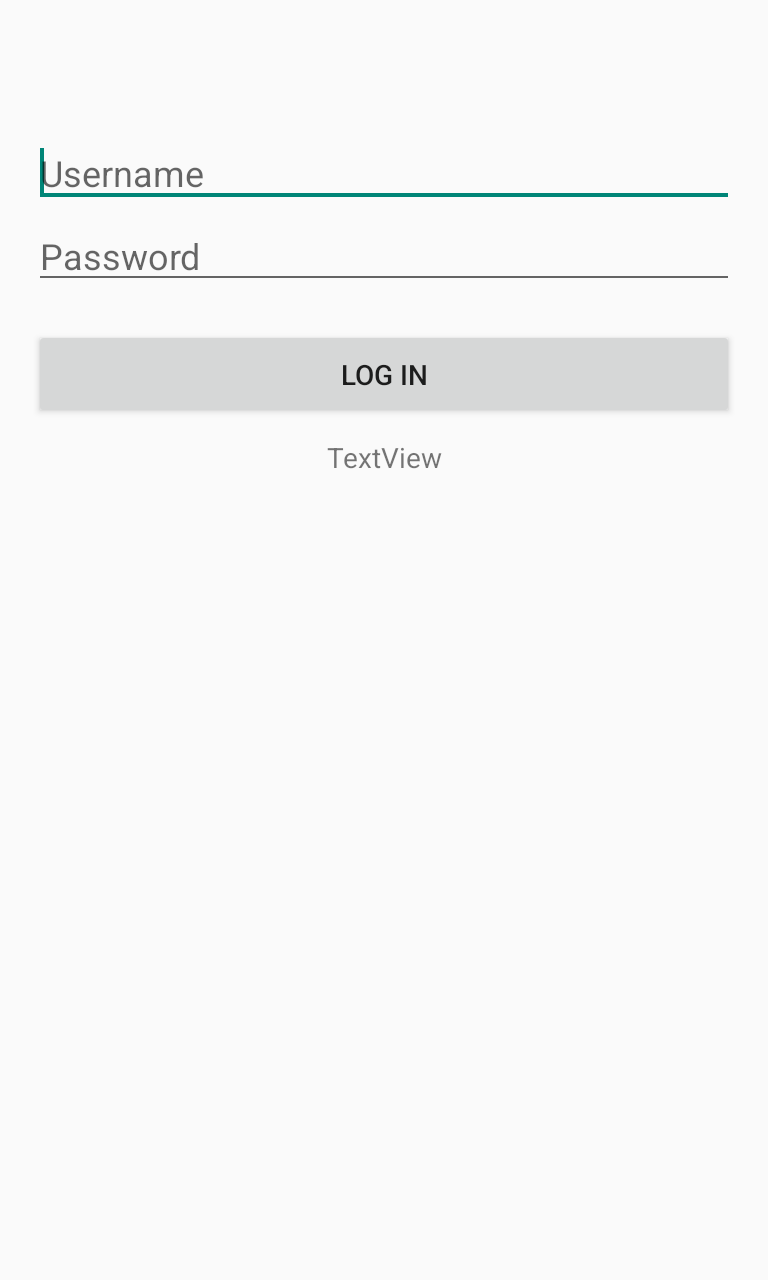
Repository: mboya/healthylife
Layout: Healthy Life/res/layout/activity_healthy_life_login.xml
An editor plug-in stored every save of this project. The layout is shown before and after the next save, followed by the edit.
It is drawn on a 768 x 1280 px phone screen (xhdpi) without system bars, with theme AppTheme; the app's code is not run.

Above is the layout before, as saved 2015-04-19 08:43:15.

### Healthy Life/res/layout/activity_healthy_life_login.xml
<RelativeLayout xmlns:android="http://schemas.android.com/apk/res/android"
    android:layout_width="fill_parent"
    android:layout_height="fill_parent" >

    <EditText
        android:id="@+id/username_et_al"
        android:layout_width="match_parent"
        android:layout_height="wrap_content"
        android:layout_alignParentTop="true"
        android:layout_centerHorizontal="true"
        android:layout_marginLeft="16dp"
        android:layout_marginRight="16dp"
        android:layout_marginTop="64dp"
        android:ems="10"
        android:hint="@string/username"
        android:singleLine="true" >

        <requestFocus />
    </EditText>

    <EditText
        android:id="@+id/password_et_al"
        android:layout_width="match_parent"
        android:layout_height="wrap_content"
        android:layout_below="@+id/username_et_al"
        android:layout_centerHorizontal="true"
        android:layout_marginLeft="16dp"
        android:layout_marginRight="16dp"
        android:ems="10"
        android:hint="@string/password"
        android:inputType="textPassword"
        android:singleLine="true" />

    <Button
        android:id="@+id/login_btn"
        android:layout_width="match_parent"
        android:layout_height="wrap_content"
        android:layout_below="@+id/password_et_al"
        android:layout_centerHorizontal="true"
        android:layout_marginLeft="16dp"
        android:layout_marginRight="16dp"
        android:layout_marginTop="16dp"
        android:text="@string/login" />

    <TextView
        android:id="@+id/error_txt_al"
        android:layout_width="match_parent"
        android:layout_height="wrap_content"
        android:layout_below="@+id/login_btn"
        android:layout_centerHorizontal="true"
        android:layout_marginLeft="16dp"
        android:layout_marginRight="16dp"
        android:layout_marginTop="8dp"
        android:gravity="center"
        android:text="TextView" />

</RelativeLayout>

### Healthy Life/res/values/strings.xml
<?xml version="1.0" encoding="utf-8"?>
<resources>

    <string name="app_name">Healthy Life</string>
    <string name="hello_world">Hello world!</string>
    <string name="action_settings">Settings</string>
    <string name="username">Username</string>
    <string name="password">Password</string>
    <string name="login">Log In</string>
    <string name="create_account">Create Account</string>

</resources>

Loaded but not shown: Healthy Life/res/values/styles.xml (common file)

After the next save:
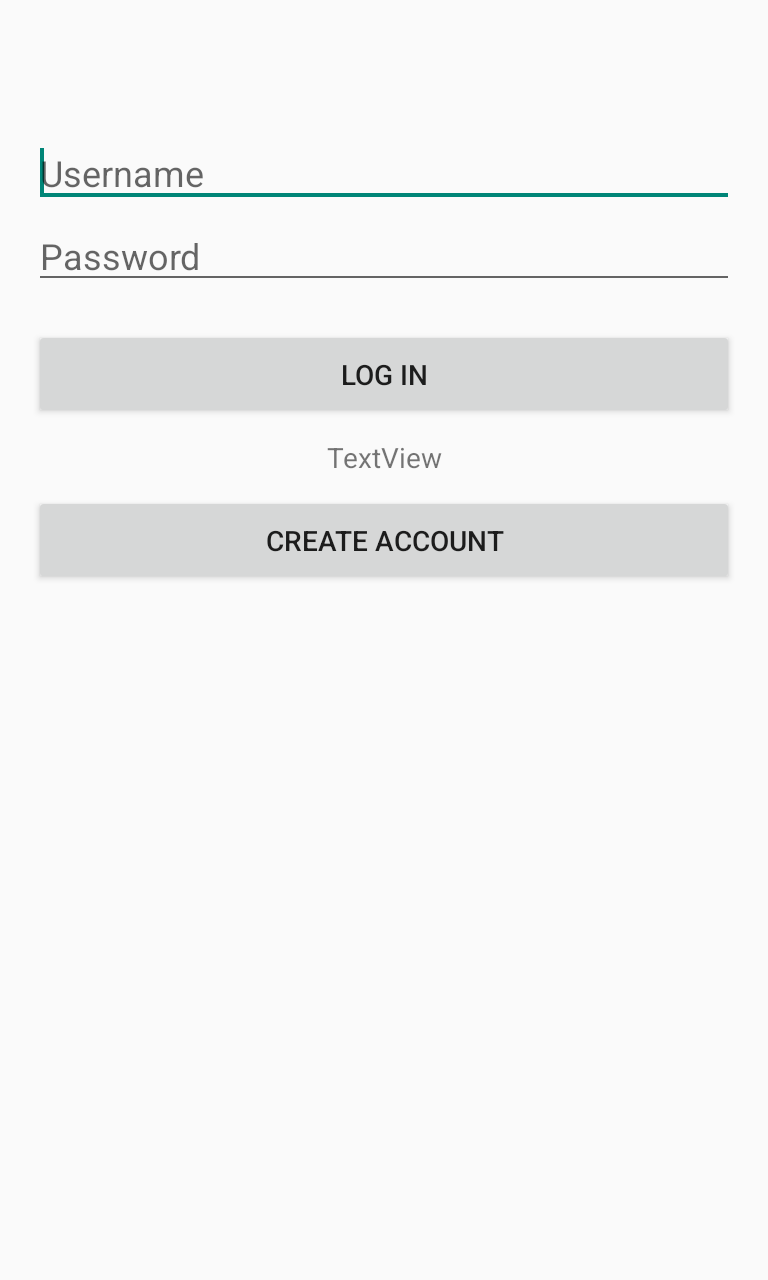
Saved 5 s later.
--- a/Healthy Life/res/layout/activity_healthy_life_login.xml
+++ b/Healthy Life/res/layout/activity_healthy_life_login.xml
@@ -54,4 +54,15 @@
         android:gravity="center"
         android:text="TextView" />
 
+    <Button
+        android:id="@+id/button1"
+        android:layout_width="match_parent"
+        android:layout_height="wrap_content"
+        android:layout_below="@+id/error_txt_al"
+        android:layout_centerHorizontal="true"
+        android:layout_marginLeft="16dp"
+        android:layout_marginRight="16dp"
+        android:layout_marginTop="8dp"
+        android:text="@string/create_account" />
+
 </RelativeLayout>
